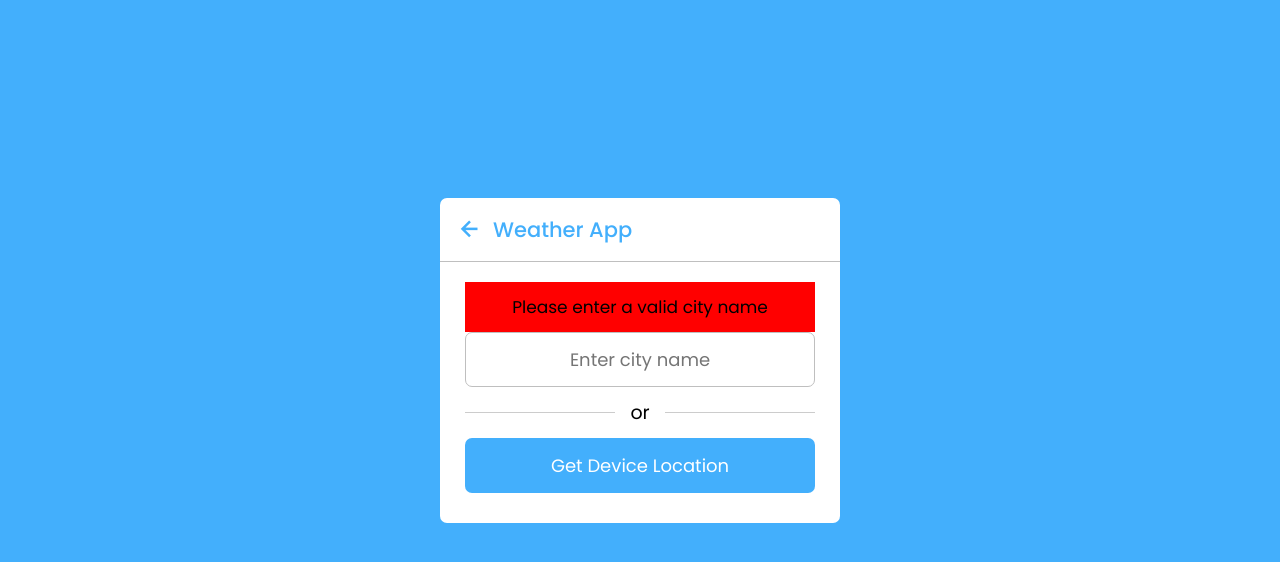
Repository: long13820/Weather-App-HTML-CSS-Javascript
Page: index.html
The author's editor kept a copy of each file at every save. The page is drawn from the files as they stood at one save, then again after a run of saves.
The browser window is 1280 px wide. The pictures show the whole page.

Above is the page before, as saved 2021-09-02 01:10:26.

### index.html
<!DOCTYPE html>
<html lang="en">
<head>
    <meta charset="UTF-8">
    <meta http-equiv="X-UA-Compatible" content="IE=edge">
    <meta name="viewport" content="width=device-width, initial-scale=1.0">
    <title>Weather App</title>
    <link rel="stylesheet" href="style.css">

    <!--Linking Boxicon For Icon-->
    <link rel="stylesheet" href='https://unpkg.com/boxicons@2.0.9/css/boxicons.min.css' >


</head>
<body>
    <div class="wrapper">
        <header>
            <i class="bx bx-left-arrow-alt"></i>
            Weather App
        </header>
        <section class="input-part">
            <p class="info-txt">Please enter a valid city name</p>
            <input type="text" placeholder="Enter city name" spellcheck="false">
            <div class="separator"></div>
            <button>Get Device Location</button>
        </section>
    </div>
</body>
</html>

### style.css
/*Import Google Font - Poppins*/
@import url('https://fonts.googleapis.com/css2?family=Poppins:wght@400;500;600;700&display=swap');
*{
    margin: 0;
    padding: 0;
    box-sizing: border-box;
    font-family: 'Poppins', sans-serif;
}
body{
    display: flex;
    align-items: center;
    justify-content: center;
    min-height: 100vh;
    background: #43AFFC;
}
.wrapper{
    width: 400px;
    border-radius: 7px;
    background: white;
}
.wrapper header{
    color: #43AFFC;
    font-size: 21px;
    font-weight: 500;
    padding: 16px 15px;
    display: flex;
    align-items: center;
    border-bottom: 1px solid #bfbfbf;

}
header i{
    cursor: pointer;
    font-size: 30px;
    margin-right: 8px;
}
.wrapper .input-part{
    margin: 20px 25px 30px;
}
.input-part .info-txt{
    font-size: 17px;
    background: red;
    text-align: center;
    padding: 12px 7px;

}
.input-part :where(input, button){
    width: 100%;
    height: 55px;
    border: none;
    outline: none;
    font-size: 18px;
    border-radius: 7px;
}
.input-part input{
    text-align: center;
    border: 1px solid #bfbfbf;
}
.input-part .separator{
    height: 1px;
    width: 100%;
    margin: 25px 0px;
    background: #ccc;
    display: flex;
    align-items: center;
    justify-content: center;
}
.separator::before{
    content: "or";
    background-color: white;
    font-size: 19px;
    padding: 0px 15px;
    background: #fff;
}
.input-part button{
    color: white;
    cursor: pointer;
    background: #43AFFC;
}

After the next 2 saves:
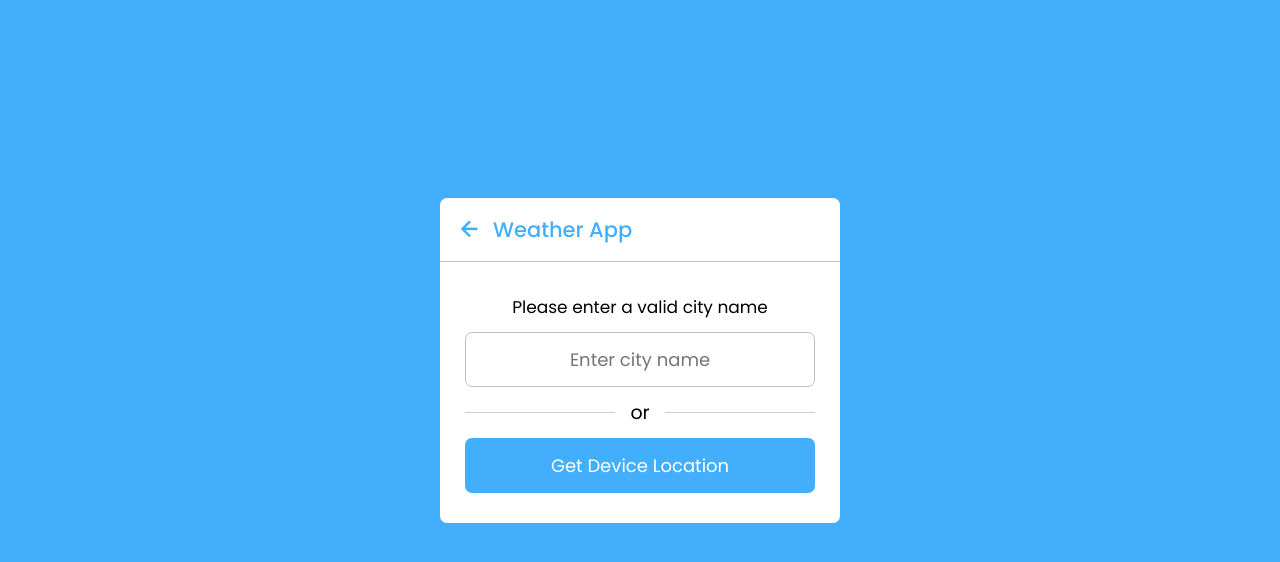
The 2 saves are shown as one change because they came seconds apart.
The last was saved 9 s later.
--- a/style.css
+++ b/style.css
@@ -38,7 +38,6 @@ header i{
 }
 .input-part .info-txt{
     font-size: 17px;
-    background: red;
     text-align: center;
     padding: 12px 7px;
 
